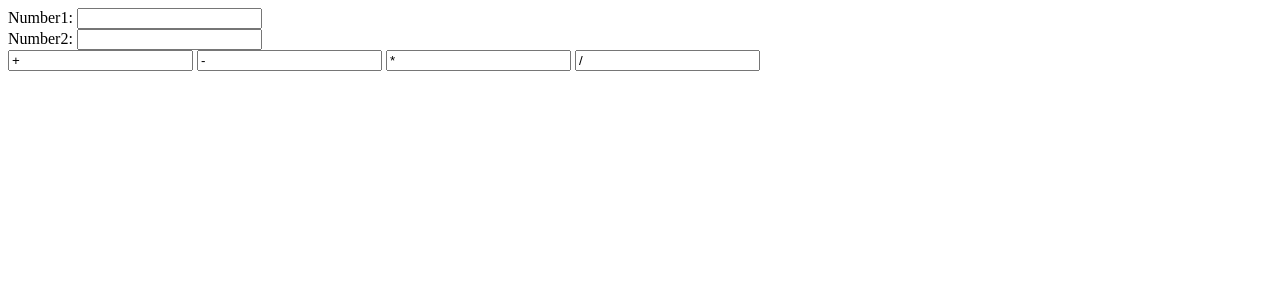
Repository: SaiGouthamVaddi/Visa-Training
Page: mywebapp/src/main/webapp/calc.html
These files come from the project's save history. The page is drawn as it stood at one moment and after the next save; the edit follows.
The browser window is 1280 px wide. The pictures show the whole page.

Above is the page before, as saved 2019-07-16 06:15:34.

### mywebapp/src/main/webapp/calc.html
<!DOCTYPE html>
<html>
<head>
<meta charset="UTF-8">
<title>FUNC-CALC</title>
</head>
<body>

<form action="calculator" method="get">

Number1: <input name = n1><br>
Number2: <input name = n2><br>

<input name = op value = "+">
<input name = op value = "-">
<input name = op value = "*">
<input name = op value = "/">
</form>

</body>
</html>

After the next save:
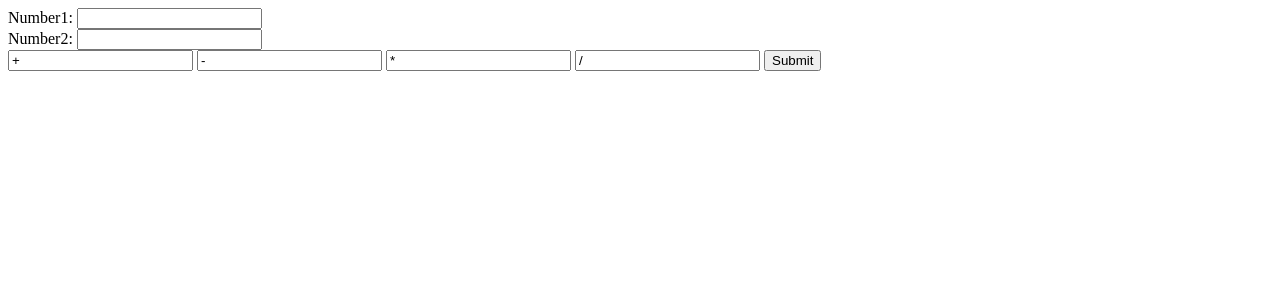
Saved 2 min 18 s later.
--- a/mywebapp/src/main/webapp/calc.html
+++ b/mywebapp/src/main/webapp/calc.html
@@ -15,6 +15,7 @@
 <input name = op value = "-">
 <input name = op value = "*">
 <input name = op value = "/">
+<input type = submit>
 </form>
 
 </body>

After the save that followed:
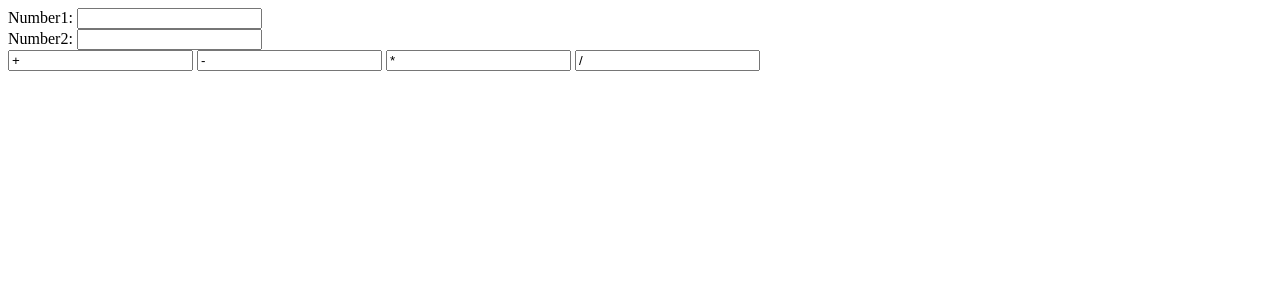
Saved 34 s later.
--- a/mywebapp/src/main/webapp/calc.html
+++ b/mywebapp/src/main/webapp/calc.html
@@ -15,7 +15,7 @@
 <input name = op value = "-">
 <input name = op value = "*">
 <input name = op value = "/">
-<input type = submit>
+
 </form>
 
 </body>
